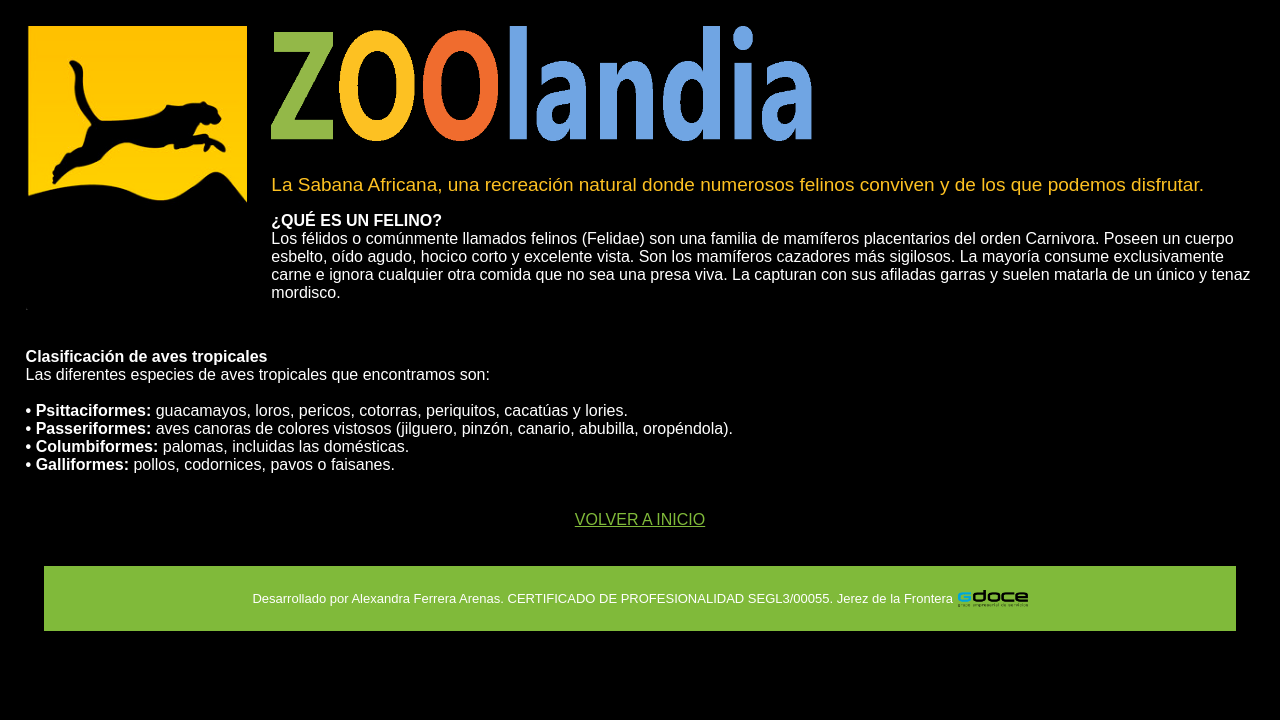
Repository: iSaan86/EV_Pr-ctica_Zoolandia
Page: sabana.html
These files come from the project's save history. The page is drawn as it stood at one moment and after the next save; the edit follows.
The browser window is 1280 px wide. The pictures show the whole page.

Above is the page before, as saved 2023-11-27 19:22:34.

### sabana.html
<!DOCTYPE html>
<html lang="es-ES">
	<head>
		<title>
			ZOOlandia Sabana
		</title>
		<meta charset="UTF-8">
		<meta name="viewport" content="width=device-width, initial-scale=1.0">
		<meta name="keywords" content="zoo, aventura, naturaleza, aviario, sabana">
		<meta name="description" content="La sabana ZOOlandia">
		<meta name="author" content="Alexandra Ferrera Arenas">
		<link rel="icon" type="image/x-icon" href="img/favicon.png">

    </head>

    <body style="background-color:black;font-family: Arial, Helvetica, sans-serif; padding: 2%; margin:0">
     <!--Seccion de arriba-->
     <!--Imagen y texto-->
        <section style="display: flex; width: 100%;">
            <article style="width: 20%; justify-content: center;">
                <img src="img/imagen2.jpg" alt="Aviario Exótico" title="La sabana" width="90%">
            </article>
            <article style="width: 80%">
                <section>
                    <img src="img/zoolandia_titulo.gif" alt="Zoolandia Logo" width="55%" style="text-align: left;">
                </section>
                <section style="margin:3% 0%">
                    <h2 style="color:#fdc122; text-align: left; font-weight: normal; font-size: 19px;">
                        La Sabana Africana, una recreación natural donde numerosos felinos conviven y de los que podemos disfrutar.
                    </h2>
                    <p style="color: white;font-weight: lighter;">
                        <strong> ¿QUÉ ES UN FELINO?</strong>
                        <br>Los félidos o comúnmente llamados felinos (Felidae) son una familia de mamíferos placentarios del
                        orden Carnivora. Poseen un cuerpo esbelto, oído agudo, hocico corto y excelente vista. Son los
                        mamíferos cazadores más sigilosos. La mayoría consume exclusivamente carne e ignora cualquier
                        otra comida que no sea una presa viva. La capturan con sus afiladas garras y suelen matarla de un
                        único y tenaz mordisco.
                    </p>
                </section>
            </article>
        </section>
    <!--Texto Clasificación Aves-->

        <section>
            <p  style="color: white; font-weight: lighter;">
                <strong> Clasificación de aves tropicales</strong>
                <br>Las diferentes especies de aves tropicales que encontramos son:
                <br><br><strong>• Psittaciformes:</strong> guacamayos, loros, pericos, cotorras, periquitos, cacatúas y lories.
                <br><strong>• Passeriformes:</strong> aves canoras de colores vistosos (jilguero, pinzón, canario, abubilla, oropéndola).
                <br><strong>• Columbiformes:</strong> palomas, incluidas las domésticas.
                <br><strong>• Galliformes:</strong> pollos, codornices, pavos o faisanes.
            </p>
        </section>

    <!--Enlace Volver a Inicio-->
       <section style="width: 100%; justify-content: center; align-items:center; text-align: center; margin: 3% 0%">
        <a href="index.html" style="color:#80ba3a"> VOLVER A INICIO</a>
       </section>

    <!--Pie de página-->
        <footer style="display: flex; width: 100%; margin:1% 0%; align-items: center; justify-content: center; text-align: center">
            <section style="display: flex; width: 95%; background-color:#80ba3a;align-items: center; justify-content: center; text-align: center; padding:1%">
                   <p style="color:white; font-size: 13px">
                        Desarrollado por Alexandra Ferrera Arenas. CERTIFICADO DE PROFESIONALIDAD SEGL3/00055. Jerez de la Frontera
                    </p>
                    &nbsp;
                    <img src="img/logo.png" alt="Logo G-Doce" width="6%">

            </section>
        </footer>

    </body>
</html>

After the next save:
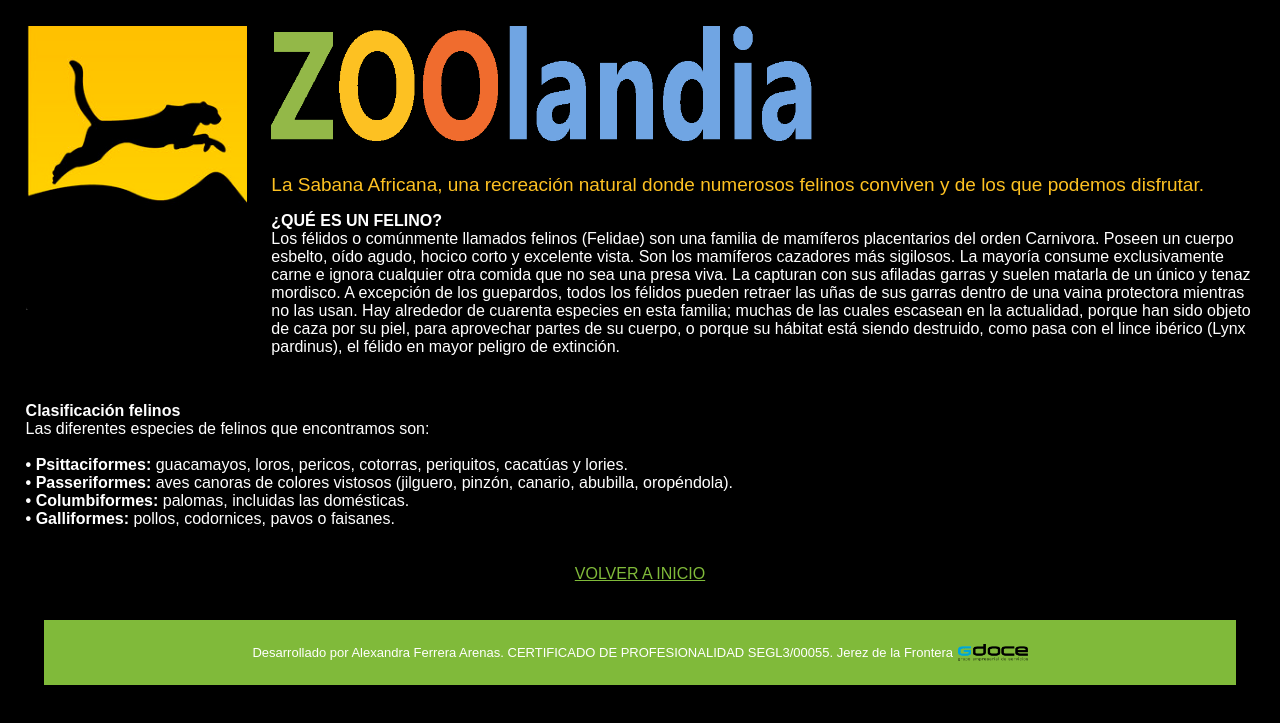
Saved 3 min 38 s later.
--- a/sabana.html
+++ b/sabana.html
@@ -34,7 +34,12 @@
                         orden Carnivora. Poseen un cuerpo esbelto, oído agudo, hocico corto y excelente vista. Son los
                         mamíferos cazadores más sigilosos. La mayoría consume exclusivamente carne e ignora cualquier
                         otra comida que no sea una presa viva. La capturan con sus afiladas garras y suelen matarla de un
-                        único y tenaz mordisco.
+                        único y tenaz mordisco. A excepción de los guepardos, todos los félidos pueden retraer las uñas de sus garras dentro de una
+                        vaina protectora mientras no las usan.
+                        Hay alrededor de cuarenta especies en esta familia; muchas de las cuales escasean en la actualidad,
+                        porque han sido objeto de caza por su piel, para aprovechar partes de su cuerpo, o porque su hábitat
+                        está siendo destruido, como pasa con el lince ibérico (Lynx pardinus), el félido en mayor peligro de
+                        extinción.
                     </p>
                 </section>
             </article>
@@ -43,8 +48,8 @@
 
         <section>
             <p  style="color: white; font-weight: lighter;">
-                <strong> Clasificación de aves tropicales</strong>
-                <br>Las diferentes especies de aves tropicales que encontramos son:
+                <strong> Clasificación felinos</strong>
+                <br>Las diferentes especies de felinos que encontramos son:
                 <br><br><strong>• Psittaciformes:</strong> guacamayos, loros, pericos, cotorras, periquitos, cacatúas y lories.
                 <br><strong>• Passeriformes:</strong> aves canoras de colores vistosos (jilguero, pinzón, canario, abubilla, oropéndola).
                 <br><strong>• Columbiformes:</strong> palomas, incluidas las domésticas.
